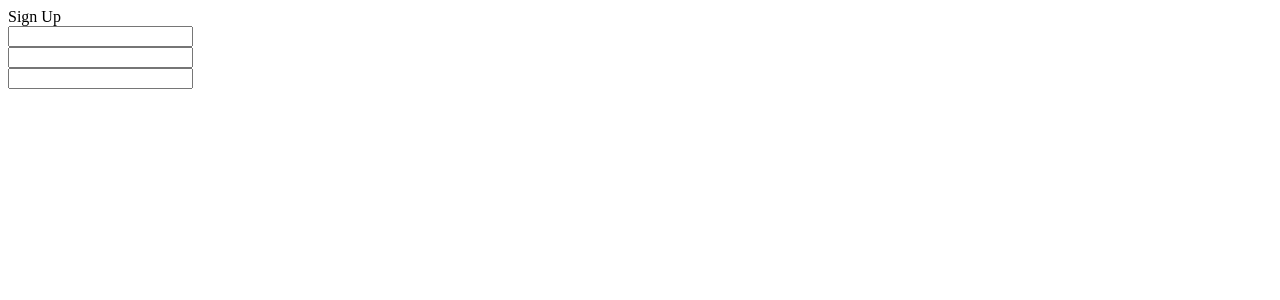
Repository: guilhermecardoso93/login-page
Page: /
These files come from the project's save history. The page is drawn as it stood at one moment and after the next save; the edit follows.
The browser window is 1280 px wide. The pictures show the whole page.
The project was rebuilt for these pictures with package versions that can differ from the ones it lists, and the page was loaded fresh each time. Also part of the build but not shown: vite.config.js, src/components/Login/Login.css, src/index.css.

Above is the page before, as saved 2024-10-22 19:07:58.

### index.html
<!doctype html>
<html lang="en">
  <head>
    <meta charset="UTF-8" />
    <link rel="icon" type="image/svg+xml" href="" />
    <meta name="viewport" content="width=device-width, initial-scale=1.0" />
    <title>Login | SignUp</title>
  </head>
  <body>
    <div id="root"></div>
    <script type="module" src="/src/main.jsx"></script>
  </body>
</html>

### src/App.jsx
import { Login } from "./components/Login/Login";

export default function App() {
  return (
    <>
      <Login />
    </>
  );
}

### src/components/Login/Login.jsx
import { Camera } from "lucide-react";
import "./Login.css";

export const Login = () => {
  return (
    <div className="container">
      <header>
        <span>Sign Up</span>
        <div className="underline"></div>
      </header>{" "}
      <div className="inputs">
        <div className="input">
          <input type="text" />
        </div>
        <div className="input">
          <input type="email" />
        </div>
        <div className="input">
          <input type="password" />
        </div>
      </div>
    </div>
  );
};

Loaded but not shown: src/main.jsx (common file)

After the next save:
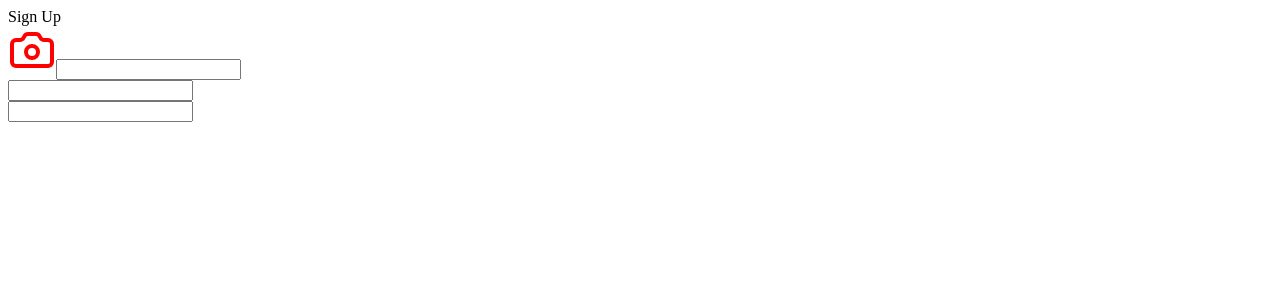
Saved 27 s later.
--- a/src/components/Login/Login.jsx
+++ b/src/components/Login/Login.jsx
@@ -10,6 +10,7 @@ export const Login = () => {
       </header>{" "}
       <div className="inputs">
         <div className="input">
+          <Camera color="red" size={48} />
           <input type="text" />
         </div>
         <div className="input">
